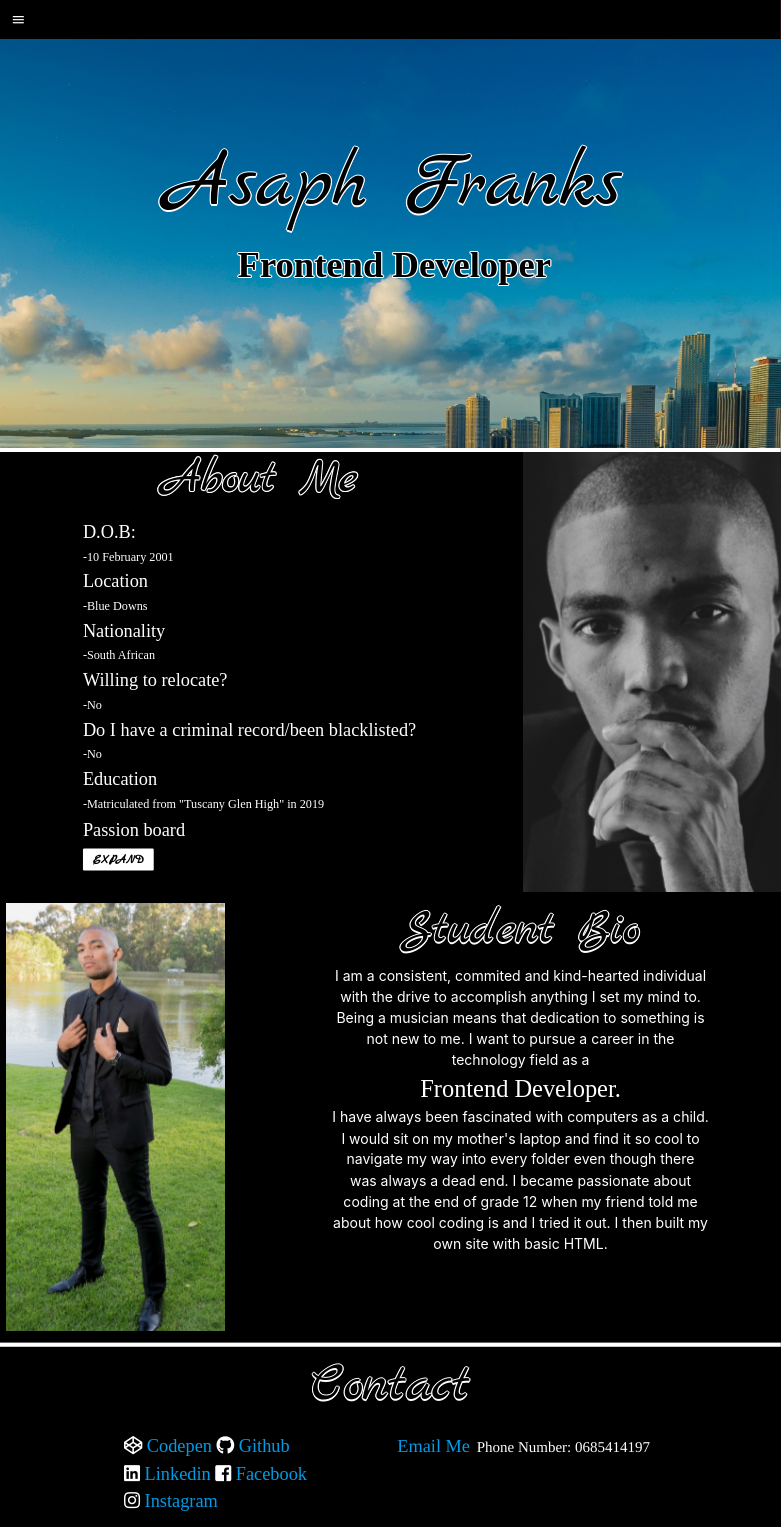
Repository: Ajtheult/portfolio.v3
Page: /portfolio-v3
The author's editor kept a copy of each file at every save. The page is drawn from the files as they stood at one save, then again after the next save.
The browser window is 1280 px wide. The pictures show the whole page, at 61% of full size.
Some web fonts or font styles are not loaded; a fallback is used. The project was rebuilt for these pictures with package versions that can differ from the ones it lists, and the page was loaded fresh each time. Also part of the build but not shown: src/components/layout/pages/Skills.js, src/components/layout/pages/MyWork.js, src/components/layout/pages/Testimonials.js.

Above is the page before, as saved 2020-07-25 20:03:19.

### public/index.html
<!DOCTYPE html>
<html lang="en">
  <head>
    <meta charset="utf-8" />
    <link rel="icon" href="%PUBLIC_URL%/favicon.ico" />
    <meta name="viewport" content="width=device-width, initial-scale=1" />
    <meta name="theme-color" content="#000000" />
    <meta
      name="description"
      content="Web site created using create-react-app"
    />

    <link rel="manifest" href="%PUBLIC_URL%/manifest.json" />
    <link
      href="https://fonts.googleapis.com/css2?family=Marck+Script&display=swap"
      rel="stylesheet"
    />
    <link
      href="https://fonts.googleapis.com/css2?family=Gruppo&display=swap"
      rel="stylesheet"
    />
    <link rel="manifest" href="%PUBLIC_URL%/manifest.json" />

    <link
      rel="stylesheet"
      href="https://fonts.googleapis.com/icon?family=Material+Icons"
    />

    <link
      rel="stylesheet"
      href="https://use.fontawesome.com/releases/v5.7.2/css/all.css"
      integrity="sha384-fnmOCqbTlWIlj8LyTjo7mOUStjsKC4pOpQbqyi7RrhN7udi9RwhKkMHpvLbHG9Sr"
      crossorigin="anonymous"
    />
    <title>Asaph Franks portfolio</title>
  </head>
  <body>
    <noscript>You need to enable JavaScript to run this app.</noscript>
    <div id="root"></div>
  </body>
</html>

### src/index.js
import React from "react";
import ReactDOM from "react-dom";
import App from "./App";
import "materialize-css/dist/css/materialize.min.css";

ReactDOM.render(
  <React.StrictMode>
    <App />
  </React.StrictMode>,
  document.getElementById("root")
);

### src/App.js
import React from "react";

import { Home } from "./components/layout/pages/Home";
import { Skills } from "./components/layout/pages/Skills";
import { MyWork } from "./components/layout/pages/MyWork";
import { Testimonials } from "./components/layout/pages/Testimonials";
import Navbar from "./components/layout/navbar/Navbar";

import { BrowserRouter as Router, Route, Switch } from "react-router-dom";
import "./App.css";

function App() {
  return (
    <Router>
      <div className="App">
        <Navbar />

        <Switch>
          <Route exact path="/portfolio-v3" component={Home} />
          <Route path="/skills" component={Skills} />
          <Route path="/mywork" component={MyWork} />
          <Route path="/testimonials" component={Testimonials} />
        </Switch>
      </div>
    </Router>
  );
}

export default App;

### src/components/layout/pages/Home.js
import React from "react";
import background1 from "../resources/background1.jpg";
import me from "../resources/me.jpeg";
import me2 from "../resources/me2.jpg";
import M from "materialize-css";
import "../../../App.css";

import { Parallax } from "react-parallax";
import { Link } from "react-router-dom";

export const Home = () => {
  document.addEventListener("DOMContentLoaded", function () {
    var elems = document.querySelectorAll(".modal");
    // eslint-disable-next-line
    var instances = M.Modal.init(elems, {});
  });

  return (
    <div className="colour_of_about_text">
      <Parallax bgImage={background1} strength={1000}>
        <div style={{ height: 670 }}>
          <div className="style_for_landingpage">
            <h1 className="intro_name_top">Asaph Franks</h1>
            <h4 className="intro_name_bottom">Frontend Developer</h4>
          </div>
        </div>
      </Parallax>
      <div style={{ height: "1vh" }} className="white move_the_con" />
      <div className="row">
        <div className="col s8">
          {" "}
          {/* Information on About page-Start */}
          <div className="container">
            <h1 className="about-title" id="about">
              About Me
            </h1>

            <h5 className="my_info">D.O.B:</h5>
            <p className="my_info_2">-10 February 2001</p>
            <h5 className="my_info"> Location </h5>
            <p className="my_info_2">-Blue Downs</p>
            <h5 className="my_info">Nationality</h5>
            <p className="my_info_2">-South African</p>
            <h5 className="my_info">Willing to relocate?</h5>
            <p className="my_info_2">-No</p>
            <h5 className="my_info">
              Do I have a criminal record/been blacklisted?
            </h5>
            <p className="my_info_2">-No</p>
            <h5 className="my_info">Education</h5>
            <p className="my_info_2">
              -Matriculated from "Tuscany Glen High" in 2019
            </p>
            <h4 className="my_info">Passion board</h4>
            <div className="my_info_3">
              <a
                className="waves-effect waves-light btn modal-trigger white"
                href="#modal1"
              >
                <p className="black_text margin_on_top">Expand</p>
              </a>
              <div id="modal1" className="modal bottom-sheet">
                <div className="modal-content">
                  <h4 className="black_text passion_heading">Passion Board</h4>
                  <div className="black_text">
                    {" "}
                    <h4 className="passion_content">-Music</h4>
                    <h4 className="passion_content">-Playing Video games</h4>
                    <h4 className="passion_content">-Playing Table Tennis</h4>
                    <h4 className="passion_content">-Watching anime</h4>
                    <h4 className="passion_content">-Drawing</h4>
                  </div>
                </div>
              </div>
            </div>
          </div>
          {/* Information on About page-Start */}
        </div>
        <div>
          <Parallax
            bgImage={me}
            strength={700}
            style={{ width: "33%" }}
            className="right"
          >
            <div style={{ height: "100vh" }}></div>
          </Parallax>
        </div>
      </div>

      <div className="row">
        <div className="col s5">
          <Parallax bgImage={me2} strength={150} style={{ width: "70%" }}>
            <div style={{ height: 700 }}>
              <div className="intro_name style_for_landingpage"></div>
            </div>
          </Parallax>
        </div>

        <div className="col s7 about_container" style={{ width: "50%" }}>
          <h6 className="about-title center">Student Bio</h6>
          <p className="student_bio ">
            I am a consistent, commited and kind-hearted individual with the
            drive to accomplish anything I set my mind to. Being a musician
            means that dedication to something is not new to me. I want to
            pursue a career in the technology field as a <br />
            <strong className="big_frontend">
              Frontend Developer.
            </strong> <br /> I have always been fascinated with computers as a
            child. I would sit on my mother's laptop and find it so cool to
            navigate my way into every folder even though there was always a
            dead end. I became passionate about coding at the end of grade 12
            when my friend told me about how cool coding is and I tried it out.
            I then built my own site with basic HTML.
          </p>
        </div>
      </div>
      {/* Contact section */}
      <div style={{ height: "1vh" }} className="white move_the_con" />
      <footer style={{ fontFamily: "Times" }} className="page-footer black">
        <div className="container" id="contact">
          <div className="row">
            <h1 className="contact-title">Contact</h1>
            <div className="col l6 s12">
              {" "}
              <div className="logos">
                <i className="fab fa-codepen">
                  {" "}
                  <a
                    href="https://codepen.io/ajtheult"
                    rel="noopener noreferrer"
                    target="_blank"
                  >
                    Codepen&nbsp;
                  </a>{" "}
                </i>
                <i className="fab fa-github">
                  {" "}
                  <a
                    href="https://github.com/Ajtheult"
                    rel="noopener noreferrer"
                    target="_blank"
                  >
                    Github&nbsp;
                  </a>{" "}
                </i>
                <i className="fab fa-linkedin">
                  {" "}
                  <a
                    href="https://www.linkedin.com/in/asaph-franks-307a231a5/"
                    rel="noopener noreferrer"
                    target="_blank"
                  >
                    Linkedin&nbsp;
                  </a>{" "}
                </i>
                <i className="fab fa-facebook-square">
                  {" "}
                  <a
                    href="https://www.facebook.com/asaph.franks.7/"
                    rel="noopener noreferrer"
                    target="_blank"
                  >
                    Facebook&nbsp;
                  </a>{" "}
                </i>
                <i className="fab fa-instagram">
                  {" "}
                  <a
                    href="https://www.instagram.com/aj_the_ultimate/?fbclid=IwAR1maxejej29IRwM2tTQavtbmTC9TFLbAwZoi52WwiJhzLvcEucPXSZHX2o"
                    rel="noopener noreferrer"
                    target="_blank"
                  >
                    Instagram&nbsp;
                  </a>{" "}
                </i>
              </div>
            </div>
            <div className="col l6 s12" style={{ marginTop: "-10px" }}>
              <a
                className="left size_of_email"
                href="mailto:asaphfranksboi@gmail.com"
                rel="noopener noreferrer"
                target="_blank"
              >
                Email Me
              </a>

              <h5 className="move_num_down">Phone Number: 0685414197</h5>
            </div>
            {/* Contact details and icons */}
          </div>
        </div>
      </footer>
    </div>
  );
};

### src/components/layout/navbar/Navbar.js
/* eslint-disable no-unused-vars */
import React, { Component } from "react";
import M from "materialize-css/dist/js/materialize.min.js";
import me from "./me.jpg";
import music from "./music.jpg";
import "../../../App.css";
import { Link } from "react-router-dom";

export class Navbar extends Component {
  componentDidMount() {
    document.addEventListener("DOMContentLoaded", function () {
      var elems = document.querySelectorAll(".sidenav");
      var instances = M.Sidenav.init(elems, {});
    });
  }

  render() {
    return (
      <div>
        <nav>
          <div className="nav-wrapper colour">
            <a
              href="#home"
              data-target="slide-out"
              className="sidenav-trigger show-on-large"
            >
              <i className="material-icons">menu</i>
            </a>
          </div>
        </nav>

        <ul id="slide-out" className="sidenav">
          <li>
            <div className="user-view">
              <div className="background">
                <img className="background_img" src={music} alt="img" />
              </div>

              <img className="circle" src={me} alt="img of me" />

              <span className="black-text name move_me">Asaph Franks</span>

              <span className="black-text email  move_me">
                Asaphfranksboi@gmail.com
              </span>
            </div>
            {/* Change font so that the name can be better read */}
          </li>
          <Link to="/portfolio-v3">
            <br />
            <li className="colour_of_nav">Home</li>
          </Link>{" "}
          <br />
          <Link to="/skills">
            <li className="colour_of_nav">Skills</li>
          </Link>
          <br />
          <Link to="/mywork">
            <li className="colour_of_nav">Work</li>
          </Link>
          <br />
          <Link to="/testimonials">
            <li className="colour_of_nav">Testimonials</li>
          </Link>
        </ul>
      </div>
    );
  }
}

export default Navbar;

### src/App.css
.App {
  text-align: center;
}

body {
  background-color: black;
  color: white;
}
.background_img {
  width: 100%;
  height: 100%;
}

.move_me {
  text-align: left;
}

.colour {
  background-color: black;
}

img.bg {
  /* Set rules to fill background */
  min-height: 100%;
  min-width: 1024px;

  /* Set up proportionate scaling */
  width: 100%;
  height: auto;

  /* Set up positioning */
  position: fixed;
  top: 0;
  left: 0;
  z-index: -1;
}

div.admin-bg {
  /* Set up positioning */
  position: fixed;
  top: 0;
  left: 0;
  z-index: -1;
  background-color: black;
}

@media screen and (max-width: 1024px) {
  /* Specific to this particular image */
  img.bg {
    left: 50%;
    margin-left: -512px; /* 50% */
  }
}

.intro_name_top {
  font-family: "Marck Script", cursive;
  font-size: 130px;
  color: black;
  text-shadow: 2px 0 0 #fff, -2px 0 0 #fff, 0 2px 0 #fff, 0 -2px 0 #fff,
    1px 1px #fff, -1px -1px 0 #fff, 1px -1px 0 #fff, -1px 1px 0 #fff;
}
.testimonial_title {
  font-family: "Marck Script", cursive;
  color: black;
  font-size: 80px;
  text-shadow: 2px 0 0 #fff, -2px 0 0 #fff, 0 2px 0 #fff, 0 -2px 0 #fff,
    1px 1px #fff, -1px -1px 0 #fff, 1px -1px 0 #fff, -1px 1px 0 #fff;
}

.intro_name_bottom {
  font-size: 60px;
  color: #000000;
  font-weight: bold;
  text-shadow: 2px 0 0 #fff, -2px 0 0 #fff, 0 2px 0 #fff, 0 -2px 0 #fff,
    1px 1px #fff, -1px -1px 0 #fff, 1px -1px 0 #fff, -1px 1px 0 #fff;
  font-family: "Gruppo", cursive;
}

.logos {
  text-align: left;
  font-size: 30px;
}

.contact-title {
  margin-top: -5px;
  font-family: "Marck Script", cursive;
  font-size: 90px;
  color: black;
  text-shadow: 2px 0 0 #fff, -2px 0 0 #fff, 0 2px 0 #fff, 0 -2px 0 #fff,
    1px 1px #fff, -1px -1px 0 #fff, 1px -1px 0 #fff, -1px 1px 0 #fff;
}

.about-title {
  margin-top: 1px;
  font-family: "Marck Script", cursive;
  font-size: 80px;
  color: black;
  text-shadow: 2px 0 0 #fff, -2px 0 0 #fff, 0 2px 0 #fff, 0 -2px 0 #fff,
    1px 1px #fff, -1px -1px 0 #fff, 1px -1px 0 #fff, -1px 1px 0 #fff;
}

.student_bio {
  margin-top: 2%;
  font-size: 23px;
}

.big_frontend {
  font-size: 40px;
  font-family: "Gruppo", cursive;
}

.move_the_name {
  margin-top: -12px;
  font-size: 20px;
  font-weight: bold;
}

.enlarge_paragraph {
  font-size: 22px;
  font-family: "Times New Roman", Times, serif;
}

.my_info {
  font-size: 30px;
  text-align: left;
  font-family: "Gruppo", cursive;
}

.my_info_2 {
  font-size: 20px;
  text-align: left;
  line-height: 8px;
  font-family: "Times New Roman", Times, serif;
}

.my_info_3 {
  font-size: 25px;
  text-align: left;
  line-height: 8px;
  font-family: "Times New Roman", Times, serif;
}

.black_text {
  color: black;
}

.passion_heading {
  text-align: center;
  font-family: "Marck Script", cursive;
  font-size: 45px;
}

.passion_content {
  font-family: "Gruppo", cursive;
  font-weight: bold;
  line-height: 25px;
}

.margin_on_top {
  margin-top: 1px;
  font-size: 20px;
  font-family: "Marck Script", cursive;
  font-weight: bold;
}

.my_work_desc {
  font-size: 20px;
  font-family: "Times New Roman", Times, serif;
}

.my_work_title {
  font-family: "Gruppo", cursive;
  color: black;
  font-size: 30px;
  text-shadow: 2px 0 0 rgb(0, 0, 0), -2px 0 0 rgb(0, 0, 0), 0 2px 0 #fff,
    0 -2px 0 #fff, 1px 1px #fff, -1px -1px 0 #fff, 1px -1px 0 #fff,
    -1px 1px 0 #fff;
}

.link-size {
  font-size: 40px;
  margin-top: -40px;
  padding: 1%;
  text-align: left;
  margin-left: 60px;
  font-family: "Gruppo", cursive;
  color: blue;
}

.button_margin {
  margin-top: 5px;
}

.work_title {
  font-family: "Marck Script", cursive;
  color: black;
  font-size: 50px;
  text-shadow: 2px 0 0 #fff, -2px 0 0 #fff, 0 2px 0 #fff, 0 -2px 0 #fff,
    1px 1px #fff, -1px -1px 0 #fff, 1px -1px 0 #fff, -1px 1px 0 #fff;
}

.colour_of_nav {
  color: black;
  margin-top: -30px;
}

.style_for_landingpage {
  margin-left: 15.5%;
  margin-top: 6%;
  position: absolute;
  padding: 50px;
  width: 70%;
  transform: "translate(-50%, -50%)";
}

.skills_li {
  position: relative;
  list-style: none;
  margin: 50px 0;
  font-weight: 500;
  text-transform: uppercase;
}

.skills_li:before {
  content: "";
  position: absolute;
  top: calc(100% + 10px);
  left: 0;
  width: 100%;
  height: 15px;
  background-color: rgba(54, 126, 223, 0.5);
  border-radius: 1000px;
}

.skills_li:after {
  content: "";
  position: absolute;
  top: calc(100% + 10px);
  left: 0;
  width: 0;
  height: 15px;
  background-color: rgba(54, 126, 223, 1);
  border-radius: 1000px;
  animation-duration: 0.7s;
  animation-timing-function: ease;
  animation-fill-mode: forwards;
}

.html:after {
  animation-name: html;
}

@keyframes html {
  to {
    width: 81%;
  }
}

.css:after {
  animation-name: css;
}

@keyframes css {
  to {
    width: 64%;
  }
}

.js:after {
  animation-name: js;
}

@keyframes js {
  to {
    width: 37%;
  }
}

.py:after {
  animation-name: py;
}

@keyframes py {
  to {
    width: 43%;
  }
}

.sql:after {
  animation-name: sql;
}

@keyframes sql {
  to {
    width: 36%;
  }
}

.react:after {
  animation-name: react;
}

@keyframes react {
  to {
    width: 73%;
  }
}

.skills_text {
  font-family: "Marck Script", cursive;
  color: black;
  font-size: 30px;
  text-shadow: 1px 0 0 #fff, -2px 0 0 #fff, 0 2px 0 #fff, 0 -2px 0 #fff,
    1px 1px #fff, -1px -1px 0 #fff, 1px -1px 0 #fff, -1px 1px 0 #fff;
  margin-top: -20px;
}

.skills_heading {
  font-family: "Marck Script", cursive;
  color: black;
  font-size: 60px;
  text-shadow: 1px 0 0 #fff, -2px 0 0 #fff, 0 2px 0 #fff, 0 -2px 0 #fff,
    1px 1px #fff, -1px -1px 0 #fff, 1px -1px 0 #fff, -1px 1px 0 #fff;
  margin-top: -50px;
}

.container_properties {
  width: 800px;
  margin: 50px auto 0;
  padding: 20px;
  line-height: 55px;
}

.size_of_email {
  font-size: 30px;
  margin-top: 10px;
}

.move_num_down {
  margin-top: 20px;
}

After the next save:
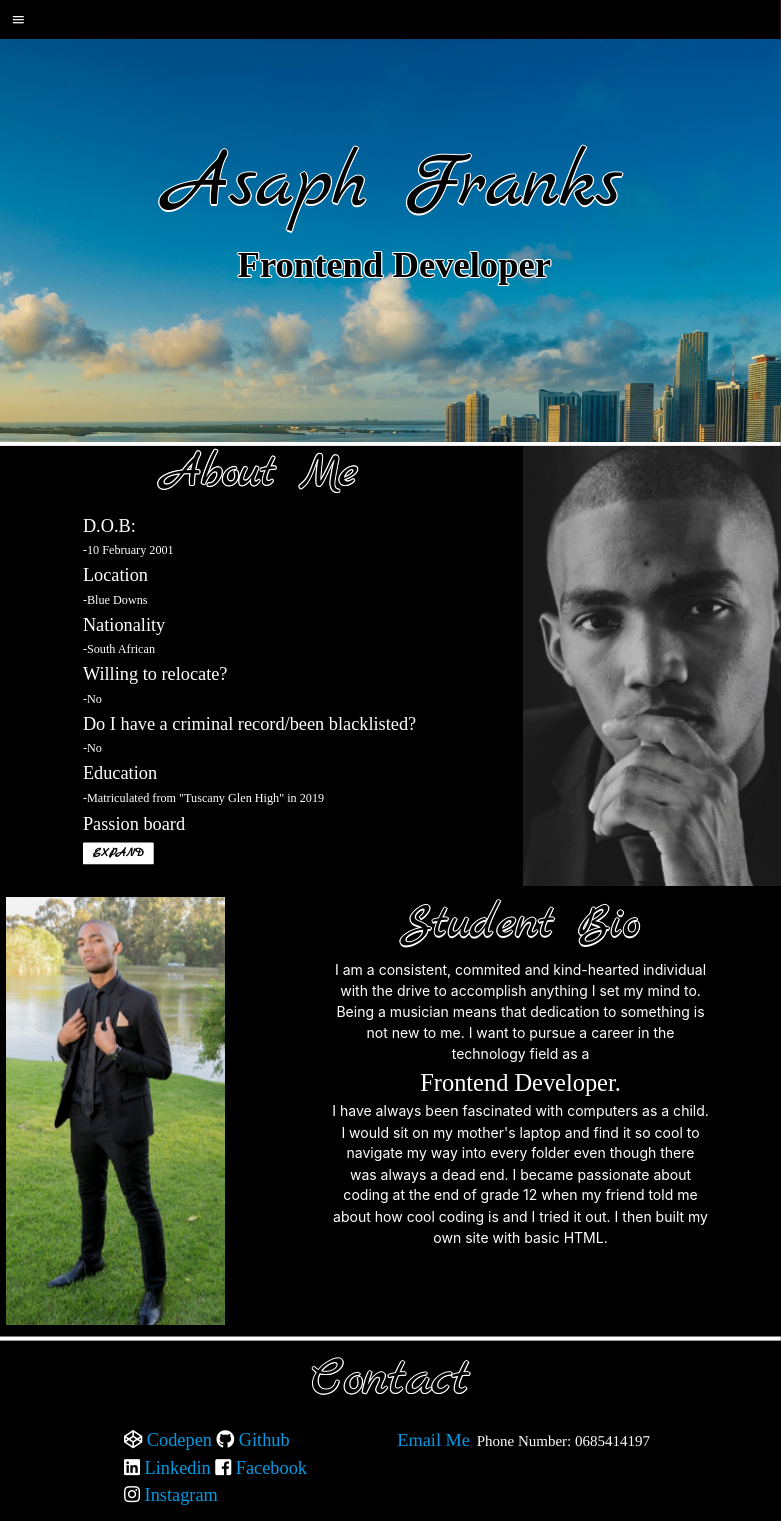
Saved 6 s later.
--- a/src/components/layout/pages/Home.js
+++ b/src/components/layout/pages/Home.js
@@ -18,7 +18,7 @@ export const Home = () => {
   return (
     <div className="colour_of_about_text">
       <Parallax bgImage={background1} strength={1000}>
-        <div style={{ height: 670 }}>
+        <div style={{ height: 660 }}>
           <div className="style_for_landingpage">
             <h1 className="intro_name_top">Asaph Franks</h1>
             <h4 className="intro_name_bottom">Frontend Developer</h4>
